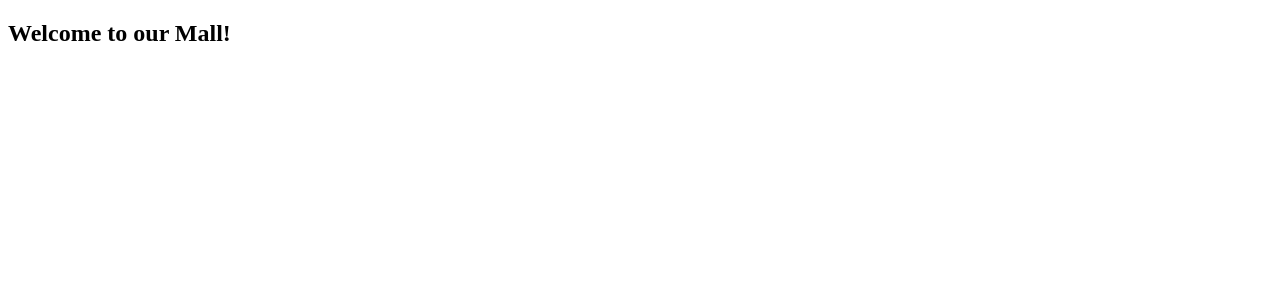
Repository: MIR013/KNU_DB_Project_Team5
Page: http://localhost/Databaase/welcome.jsp
These files come from the project's save history. The page is drawn as it stood at one moment and after the next save; the edit follows.
The browser window is 1280 px wide. The pictures show the whole page.
The page is served by Tomcat 9. Nobody is signed in. The application's start-up code is not run. Queries for data that is not in the repository find no rows.

Above is the page before, as saved 2018-11-12 13:32:03.

### dbphase/Databaase/WebContent/welcome.jsp
<%@ page language="java" contentType="text/html; charset=UTF-8"
    pageEncoding="UTF-8"%>
<%@ page language="java" import="java.text.*,java.sql.*" %>
<!DOCTYPE html>
<html>
<head>
<meta charset="UTF-8">
<title>Insert title here</title>
</head>
<body>
<h2>Welcome to our Mall!</h2>
<%
String serverIP = "localhost";
String dbName = "phase2";
String portNum = "3306";
String url = "jdbc:mysql://" + serverIP + ":" + portNum + "/" + dbName;
String user = "knu";
String pass = "comp322";
Connection conn = null;

Class.forName("com.mysql.jdbc.Driver");
conn = DriverManager.getConnection(url,user,pass);
PreparedStatement pstmt;
ResultSet rs;
ResultSetMetaData rsmd;
int cnt;
String query;
conn.setAutoCommit(false);
%>

<%
	query="SELECT I.Item_id	FROM ORDERS O, ITEM I WHERE O.Item_id = I.Item_id GROUP BY I.Item_id ORDER BY sum(O.Item_num * I.Relese_unit) DESC LIMIT 3";
	pstmt = conn.prepareStatement(query);
	rs = pstmt.executeQuery();
	while(rs.next()){
		String iid = rs.getString(1);
		String newQuery = "select Item_id, Item_name from ITEM where Item_id = "+ iid;
		PreparedStatement pstmt2 = conn.prepareStatement(newQuery);
		ResultSet rs2 = pstmt2.executeQuery();
		while(rs2.next()){

		}


	}








	conn.commit();
	conn.close();
	pstmt.close();

%>


</body>
</html>

After the next save:
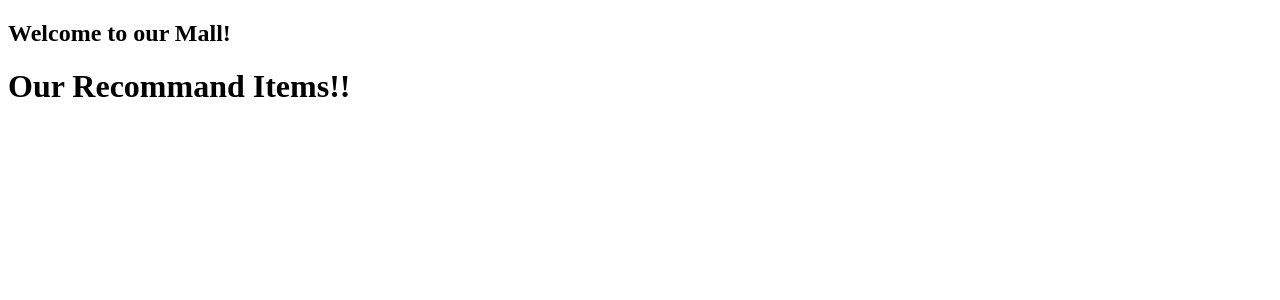
Saved 32 s later.
--- a/dbphase/Databaase/WebContent/welcome.jsp
+++ b/dbphase/Databaase/WebContent/welcome.jsp
@@ -27,7 +27,7 @@ int cnt;
 String query;
 conn.setAutoCommit(false);
 %>
-
+<h1>Our Recommand Items!!</h1>
 <%
 	query="SELECT I.Item_id	FROM ORDERS O, ITEM I WHERE O.Item_id = I.Item_id GROUP BY I.Item_id ORDER BY sum(O.Item_num * I.Relese_unit) DESC LIMIT 3";
 	pstmt = conn.prepareStatement(query);
